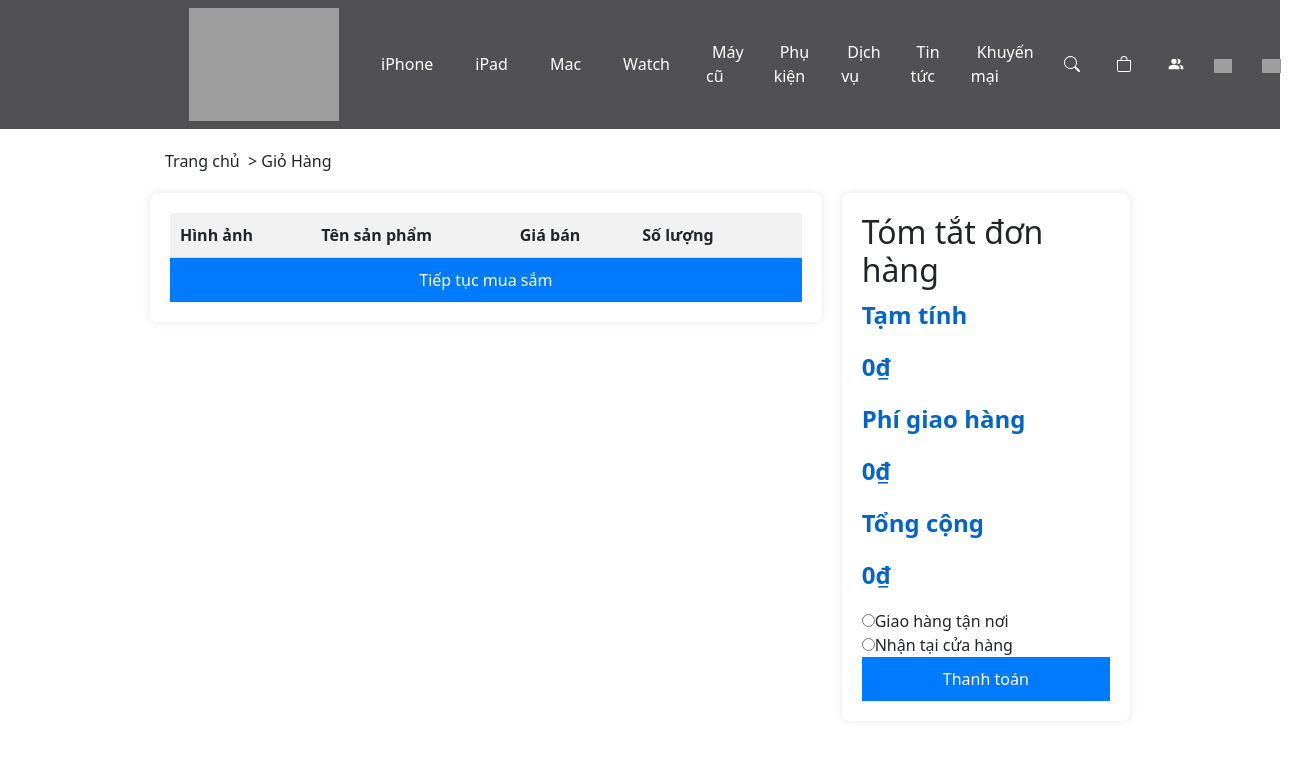
Repository: 20092004nam2k4/FE-ShopDunk
Page: /cart
These files come from the project's save history. The page is drawn as it stood at one moment and after the next save; the edit follows.
The browser window is 1280 px wide. The page is 1296 px wide, so the pictures cover 1296 px, including what lies to the right of the window. The pictures show the whole page.
Pictures or frames that could not be fetched are drawn as grey boxes. The page's requests for data from a server got no answer. The project was rebuilt for these pictures with package versions that can differ from the ones it lists, and the page was loaded fresh each time. No one was signed in, and anything a server would have sent is missing. Also part of the build but not shown: src/component/common/SlideImage.css, src/component/common/SlideImage.js, src/component/product/ProductCart.css, src/component/product/ProductList.css, src/component/product/ProductList.js, src/component/product/ProductDetail.js, src/component/user/LoginUser.js, src/component/user/UserProfile.js and 3 more.

Above is the page before, as saved 2024-06-10 14:10:12.

### src/context/AuthContext.js
import React, { createContext, useState, useEffect } from "react";

export const AuthContext = createContext();

export const AuthProvider = ({ children }) => {
  const [isLoggedIn, setIsLoggedIn] = useState(false);
  const [user, setUser] = useState(null);

  useEffect(() => {
    const storedUser = localStorage.getItem("user");
    if (storedUser) {
      setIsLoggedIn(true);
      setUser(JSON.parse(storedUser));
    }
  }, []);

  const login = (userData) => {
    setIsLoggedIn(true);
    setUser(userData);
    localStorage.setItem("user", JSON.stringify(userData));
  };

  const logout = () => {
    setIsLoggedIn(false);
    setUser(null);
    localStorage.removeItem("user");
  };

  return (
    <AuthContext.Provider value={{ isLoggedIn, user, login, logout }}>
      {children}
    </AuthContext.Provider>
  );
};

### src/component/common/Navbar.css
.navbar {
  background-color: #515154;
  padding: 10px;

}

.navbar-links {
  list-style: none;
  display: flex;
  justify-content: center;
  margin: 0;
  padding: 0;
  padding-left: 168px;
  align-items: center;
}

.navbar-links li {
  margin: 0 15px;
}

.navbar-links a {
  color: white;
  text-decoration: none;
  padding: 10px 6px 25px;
  transition: background-color 0.3s;

}

/* .navbar-links a:hover {
  background-color: #575757;
} */
.imageIcon{
  width: 150px;
}
.icon-bag{
  color: white;
  height: 38px;

}
.icon-people{
  color: white;
  height: 38px;

}
.icon-search{
color: white;
height: 38px;
}
.imageIconVN{
  height: 14px;

}
.navbar-links li a {
color: #fff;
text-decoration: none;
transition: color 0.3s ease; }

.navbar-links li a:hover {
color: #fff;
}

### src/component/cart/CartPage.css
/* General styles for the cart page */
.tong {
    display: flex;
    justify-content: center;
    align-items: flex-start;
    padding: 50px;
    gap: 20px; /* Add gap between left and right sections */
    margin: 0 100px; /* Adjust left and right margins to 100px */
    max-width: 1400px; /* Set a maximum width for the container */
}

.left {
    width: 70%; /* Increase width to 70% */
    background-color: #fff; /* Add background color for clarity */
    padding: 20px; /* Add padding for spacing */
    box-shadow: 0 0 10px rgba(0, 0, 0, 0.1); /* Add box shadow for aesthetics */
    border-radius: 8px; /* Add border radius for rounded corners */
}

.right {
    width: 30%; /* Adjust width to 30% */
    background-color: #fff; /* Add background color for clarity */
    padding: 20px; /* Add padding for spacing */
    box-shadow: 0 0 10px rgba(0, 0, 0, 0.1); /* Add box shadow for aesthetics */
    border-radius: 8px; /* Add border radius for rounded corners */
}

.table-wrapper {
    overflow-x: auto;
    margin-bottom: 20px;
}

.cart {
    width: 100%;
    border-collapse: collapse;
}

.cart th,
.cart td {
    padding: 10px;
    text-align: left;
    border-bottom: 1px solid #ddd;
}

.cart th {
    background-color: #f1f1f1;
}

.cart img {
    max-width: 80px;
    height: auto;
}

.product-name {
    font-weight: bold;
    color: #333;
    text-decoration: none;
}

.product-name:hover {
    text-decoration: underline;
}

.attributes {
    font-size: 14px;
    color: #555;
}

.edit-item a {
    font-size: 14px;
    color: #0066cc;
}

.unit-price,
.subtotal {
    font-weight: bold;
    color: #333;
}

.qty-input {
    width: 40px;
    text-align: center;
    border: 1px solid #ddd;
    padding: 5px;
    margin: 0 5px;
}

.remove-btn {
    background: none;
    border: none;
    color: red;
    cursor: pointer;
}

.cart-options {
    margin-top: 20px;
}

.button {
    padding-top: 10px;
    display: inline-flex;
    float: right;
}

.common-buttons .button-2 {
    background-color: #5f5c5c;
    color: white;
    border: none;
    padding: 10px 20px;
    cursor: pointer;
    margin-right: 10px;
    border-radius: 5px;
}

.common-buttons .button-2:hover {
    background-color: #005bb5;
}

.footerMain {
    padding: 40px 0;
}

.footerMain .text-uppercase {
    text-transform: uppercase;
}

.footerMain .fw-bold {
    font-weight: bold;
}

.footerMain p {
    margin: 0;
    padding: 5px 0;
}

.footerMain a {
    color: #ffffff;
    text-decoration: none;
}

.footerMain a:hover {
    text-decoration: underline;
}

/* Styles for deals section */
.deals {
    margin-bottom: 20px;
}

/* Styles for coupon box */
.coupon-box {
    border: 1px solid #ccc;
    padding: 15px;
    background-color: #f9f9f9;
    width: 100%; /* Adjust width to 100% */
    box-sizing: border-box; /* Ensure padding is included in width */
    border-radius: 8px; /* Add border radius for rounded corners */
    box-shadow: 0 2px 4px rgba(0, 0, 0, 0.1); /* Add subtle shadow */
    margin-bottom: 20px; /* Add space below the coupon box */
}

.title {
    font-weight: bold;
    font-size: 18px;
    color: #333;
    margin-bottom: 10px; /* Add space below the title */
}

.hint {
    margin-top: 5px;
    color: #666;
    font-size: 14px;
}

/* Styles for coupon code input */
.coupon-code input {
    width: calc(100% - 20px); /* Adjust width to fit within the coupon box */
    margin-top: 10px;
    padding: 10px;
    border: 1px solid #ccc;
    border-radius: 4px; /* Add border radius */
    box-sizing: border-box; /* Ensure padding is included in width */
}

/* Styles for apply button */
.apply-discount-coupon-code-button {
    margin-top: 10px;
    padding: 10px;
    background-color: #0066CC;
    color: #fff;
    border: none;
    border-radius: 4px; /* Add border radius */
    cursor: pointer;
    width: 100%; /* Make button full-width */
}

.apply-discount-coupon-code-button:hover {
    background-color: #005bb5; /* Darken button color on hover */
}

/* Styles for totals section */
.totals {
    border-top: 1px solid #ccc;
    padding-top: 20px;
    margin-top: 20px;
}

/* Styles for total info */
.total-info {
    margin-bottom: 20px;
}

/* Styles for left side of total row */
.cart-total-left {
    padding-right: 10px;
    font-weight: bold;
}

/* Styles for total value */
.value-summary {
    font-weight: bold;
}

/* Styles for checkout buttons */
.checkout-buttons {
    margin-top: 20px;
}

/* Styles for checkout button */
.checkout-button {
    padding: 10px 20px;
    background-color: #0066CC;
    color: #fff;
    border: none;
    border-radius: 4px; /* Add border radius */
    cursor: pointer;
    width: 100%; /* Make button full-width */
    text-align: center; /* Center text */
}

.checkout-button:hover {
    background-color: #005bb5; /* Darken button color on hover */
}

/* Styles for note */
.note-ck {
    margin-top: 10px;
    font-size: 12px;
    color: red;
}
.remove-button {
    background: none;
    border: none;
    cursor: pointer;
    color: rgb(98, 97, 97); /* Customize as needed */
    font-size: 1.2em; /* Customize size as needed */
  }
  .tittle-header{
    margin-top: 20px;
    margin-left: 150px;

    margin-right: 200px;
    margin-bottom: -30px;
    padding-left: 15px;
  }
  .enter-address {
    padding: 20px;
}
.edit-address {
    margin-top: 20px;
}
.edit-address input[type="text"],
.edit-address select {
    width: 100%;
    padding: 10px;
    margin-bottom: 10px;
    border: 1px solid #ccc;
    border-radius: 5px;
}
.edit-address label {
    display: block;
    margin-bottom: 5px;
    font-weight: bold;
}
.edit-address input[type="radio"],
.edit-address label {
    margin-right: 10px;
}
.edit-address span {
    display: block;
    margin-top: 5px;
    font-style: italic;
}
.bg-white {
    background-color: #fff;
}
.left {
    width: 70%; /* Increase width to 70% */
    background-color: #fff; /* Add background color for clarity */
    padding: 20px; /* Add padding for spacing */
    box-shadow: 0 0 10px rgba(0, 0, 0, 0.1); /* Add box shadow for aesthetics */
    border-radius: 8px; /* Add border radius for rounded corners */
  }

  .tong-bot {
    display: flex;
    align-items: flex-start;
    padding: 50px;
    gap: 20px; /* Add gap between left and right sections */
    margin: 0 100px; /* Adjust left and right margins to 100px */
    max-width: 1370px; /* Set a maximum width for the container */
  }

  .enter-address {
    display: flex;
    flex-direction: column;
  }

  .enter-address input,
  .enter-address select {
    width: 100%;
    margin-bottom: 15px;
    padding: 10px;
    border: 1px solid #ccc;
    border-radius: 8px;
  }

  .half-inputs {
    display: flex;
    gap: 15px;
  }

  .edit-address .delivery-method {
    display: flex;
    gap: 15px;
  }

  .edit-address input[type="checkbox"] {
    transform: scale(0.8);
    border-radius: 50%; /* Make the checkboxes round */
    width: 16px; /* Adjust the width */
    height: 16px; /* Adjust the height */
  }
  .edit-address input[type="radio"] {
    transform: scale(0.8);
    border-radius: 50%; /* Make the checkboxes round */
    width: 16px; /* Adjust the width */
    height: 16px; /* Adjust the height */
  }

  .edit-address .delivery-method input[type="checkbox"] {
    vertical-align: middle; /* Align checkboxes vertically */
  }
  .edit-address .delivery-method input[type="radio"] {
    vertical-align: middle; /* Align checkboxes vertically */
  }

  .edit-address .delivery-method label {
    vertical-align: middle; /* Align labels vertically */
    margin-left: 5px; /* Add space between checkbox and label */
  }
  .tittle-header{
    margin-left: 150px;
  }

  .thanhtoan{
    padding-left: 150px;
  }

### src/component/product/ProductDetail.css
.product-detail {
    display: flex;
    padding: 20px;
  }

  .product-detail img {
    max-width: 100%;
    height: 510px;
    margin-right: 20px;
    margin-top: 30px;
    margin-left: 220px;
    padding-bottom: 90px;
  }

  .product-detail-info {
    display: flex;
    flex-direction: column;
    justify-content: flex-start;
    margin-top: 60px;
    margin-left: 100px;
  }

  .product-detail h1 {
    font-size: 2em;
    margin-bottom: 20px;
  }

  .product-detail p {
    font-size: 1.2em;
  }



@media (max-width: 768px) {
    .product-detail {
      flex-direction: column;
      align-items: center;
    }

    .product-image-container {
      width: 100%; /* Kích thước bao ngoài ảnh sẽ chiếm toàn bộ chiều rộng của .product-detail */
      max-width: 300px; /* Giới hạn kích thước tối đa của bao ngoài ảnh */
      height: auto; /* Chiều cao sẽ tự động điều chỉnh để không bị méo */
      margin-bottom: 20px;
    }
  }
  .star-rating-divider {
    border-bottom: 1px solid rgba(0, 0, 0, 0.1); /* Màu xám */
    margin-bottom: 30px; /* Khoảng cách giữa đường thẳng và phần tiêu đề */
    margin-top: 15px;
  }
  .price{
    color: #0066CC;
    font-size: 24px;
    font-weight: bold;
  }
  .product-detail-info {
    display: flex;
    flex-direction: column;
  }

  .product-price-container {
    display: flex;
    justify-content: space-between;
    align-items: center;
  }
  .old-price{
    font-size: 18px;
    font-weight: 400;
    line-height: 28px;
    padding-left: 20px;
    text-decoration: line-through;
  }
  .old-price-number {
    color: #555; /* hoặc bất kỳ màu đen nhạt nào bạn muốn sử dụng */
  }
  .giamgia{
    margin-left: -80px;
    color: #555;
  }
  .storage-options {
    display: flex;

  }

  .storage-option {

    border: 1px solid #ccc; /* Màu và độ dày của viền */
    border-radius: 4px; /* Bo tròn 4 góc */
    padding: 5px 10px; /* Để tạo khoảng cách giữa viền và nội dung */
    margin-right: 10px; /* Khoảng cách giữa các tùy chọn */
  }
  .description{
    margin-top: 17px;

  }
  .text-description{
    color: rgb(255, 123, 0);
  }
  .add-to-cart-btn {
    background-color: #007bff; /* Màu xanh dương */
    color: white; /* Màu chữ trắng */
    padding: 10px 20px; /* Kích thước nút */
    border: none; /* Loại bỏ viền */
    border-radius: 4px; /* Bo tròn 4 góc */
    cursor: pointer; /* Hiển thị con trỏ khi di chuột vào nút */
    height: 58px;
    width: 412px;
    margin-top: 40px;
  }

  .add-to-cart-btn:hover {
    background-color: #0056b3; /* Màu xanh dương tối khi di chuột vào */
  }
  .product-image-container {
    position: relative;
  }

  .back-to-home-link {
    position: absolute;
    bottom: 0px;
    left: 43%;
    transform: translateX(-50%);
    color: #2268b4;
    text-decoration: none;
    font-size: 19px;

  }
  .back-home{
    text-decoration: underline;
  }
  .product-price-detail {
    color: #0066cc;
    text-decoration: none;
  }
  .quantity{
    margin-top: 20px;
  }

### src/component/user/Login.css
body {
    font-family: sans-serif;
    /* display: flex; */
    justify-content: center;
    align-items: center;
    min-height: 100vh;
    background-color: #f5f5f5;
  }
  .userName-login{
    margin-top: 25px;
  }



  .left-side {
    width: 50%;
    display: flex;
    justify-content: center;
    align-items: center;
    margin-top: 90px;
  }

  .right-side {
    width: 50%;
    padding: 20px;
    margin-top: 90px;
  }

  .left-side img {
    width: 100%;
    max-width: 600px;
    height: 350px;
  }

  h2 {
    margin-bottom: 20px;
  }

  input[type="text"],
  input[type="password"] {
    width: 100%;
    padding: 10px;
    margin-bottom: 15px;
    border: 1px solid #ddd;
    border-radius: 10px;
    box-sizing: border-box;
  }

  input[type="checkbox"] {
    margin-right: 5px;
  }

  button {
    background-color: #007bff;
    color: #fff;
    padding: 10px 20px;
    border: none;
    border-radius: 3px;
    cursor: pointer;
    width: 100%;
  }

  .link {
    display: block;
    text-align: center;
    margin-top: 15px;
    color: #007bff;
    text-decoration: none;
  }

  .footerMain{
margin-top: 200px;
  }
  .textFooter{
    padding-left: 200px !important;
  }
  .textToRegister{
    margin-top: 15px;
  }

### src/component/user/UserProfile.css
    /* Reset CSS */
    * {
        box-sizing: border-box;
        margin: 0;
        padding: 0;
    }

    body {
        font-family: Arial, Helvetica, sans-serif;
        background-color: #f5f5f7; /* Updated background color */
    }

    .page-container {
        padding: 20px;
        background-color: #f5f5f7; /* Background color for the page */
    }

    .container {
        display: flex;
        justify-content: space-between;
        margin: 30px auto;
        width: 80%;
        /* gap: 30px;  */
    }

    .navigation {
        width: 25%;
        background-color: #fff;
        padding: 20px;
        border-radius: 10px;
        border: 1px solid #ddd; /* Border for left div */
        box-shadow: 0 0 10px rgba(0, 0, 0, 0.1); /* Optional: for a subtle shadow effect */
        margin-left: 50px;
    }

    .navigation ul {
        padding-left: 0; /* Reset padding */
        list-style: none; /* Remove bullet points */
    }

    .navigation li {
        padding: 10px 0;
        border-bottom: 1px solid #ddd;
    }

    .navigation li:last-child {
        border-bottom: none;
    }

    .navigation li a {
        color: #333;
        text-decoration: none;
        display: flex;
        align-items: center;
    }

    .navigation li a i {
        margin-right: 10px;
        font-size: 1.2em;
    }

    .form {
        width: calc(70% - 100px); /* Reduced width by 100px */
        background-color: #fff;
        padding: 20px;
        border-radius: 10px;
        border: 1px solid #ddd; /* Border for right div */
        box-shadow: 0 0 10px rgba(0, 0, 0, 0.1); /* Optional: for a subtle shadow effect */
        display: flex;
        flex-direction: column;
        height: calc(100% + 70px); /* Increased height by 70px */
        margin-right: 90px;
    }

    .form-row {
        display: flex;
        justify-content: space-between;
        align-items: center;
        margin-bottom: 15px;
    }

    .form-row label {
        flex: 1;
    }

    .form-row input,
    .form-row select {
        flex: 2;
        padding: 10px;
        border: 1px solid #ddd;
        border-radius: 5px;
    }

    .form-row .input-group {
        display: flex;
        flex-direction: column;
        margin-bottom: 15px;
    }

    .form-row .input-group input {
        margin-top: 10px;
    }

    .input-email {
        padding-left: 20px;
    }

    .input-gender {
        display: flex;
        align-items: center;
        padding-left: 20px;
    }

    .input-gender > div {
        display: flex;
        align-items: center;
        margin-right: 20px;
    }

    .input-gender label {
        margin-left: 5px;
        margin-right: 15px; /* Adjust spacing between the labels and inputs */
    }

    .form-row.birthday-row {
        display: flex;
        justify-content: space-between;
        align-items: center;
        margin-bottom: 15px;
    }

    .form-row.birthday-row label {
        flex: 1;
    }

    .form-row.birthday-row select {
        flex: 1;
        padding: 10px;
        border: 1px solid #ddd;
        border-radius: 5px;
    }

    .form button {
        background-color: #0066cc;
        color: white;
        padding: 10px 20px;
        border: none;
        border-radius: 5px;
        cursor: pointer;
        width: 124px;
        height: 43px;
        margin: 0 auto; /* Add this line to center the button */
        margin-top: 10px;
    }

    .newsletter {
        text-align: center;
        margin-top: 50px;
    }

    .footerMain {
        text-align: center;
        background-color: #333;
        color: #fff;
        padding: 10px 0;
    }

    .newsletter .input-group {
        width: auto;
        display: inline-flex;
        border-radius: 20px;
        margin-top: 20px;
    }

    .newsletter .input-group .form-control {
        width: 500px;
        height: 50px;
        border-radius: 20px;
    }

    .newsletter .input-group .btn {
        width: 100px;
        background-color: #0066cc;
        color: white;
        border: none;
        border-radius: 20px;
        height: 50px;

    }

    .text-email {
        margin-top: 21px;
    }
    .radio-male{
        margin-left: -48px;

    }
    .text-user{
        margin-right: 580px;
        padding-top: 17px;
    }
    .text-male{
        padding-top: 9px;
    margin-right: 234px;
    }
    .text-female{
        padding-top: 8px;
    }
    .email-info{
        padding-top: 10px;
    }
    .email-text{
        margin-bottom: 24px;
    }

Loaded but not shown: public/index.html (common file); src/index.js (common file); src/component/cart/CartPage.js (219 lines, source omitted); src/component/common/Navbar.js (132 lines, source omitted); src/App.js (47 lines, source omitted)

After the next save:
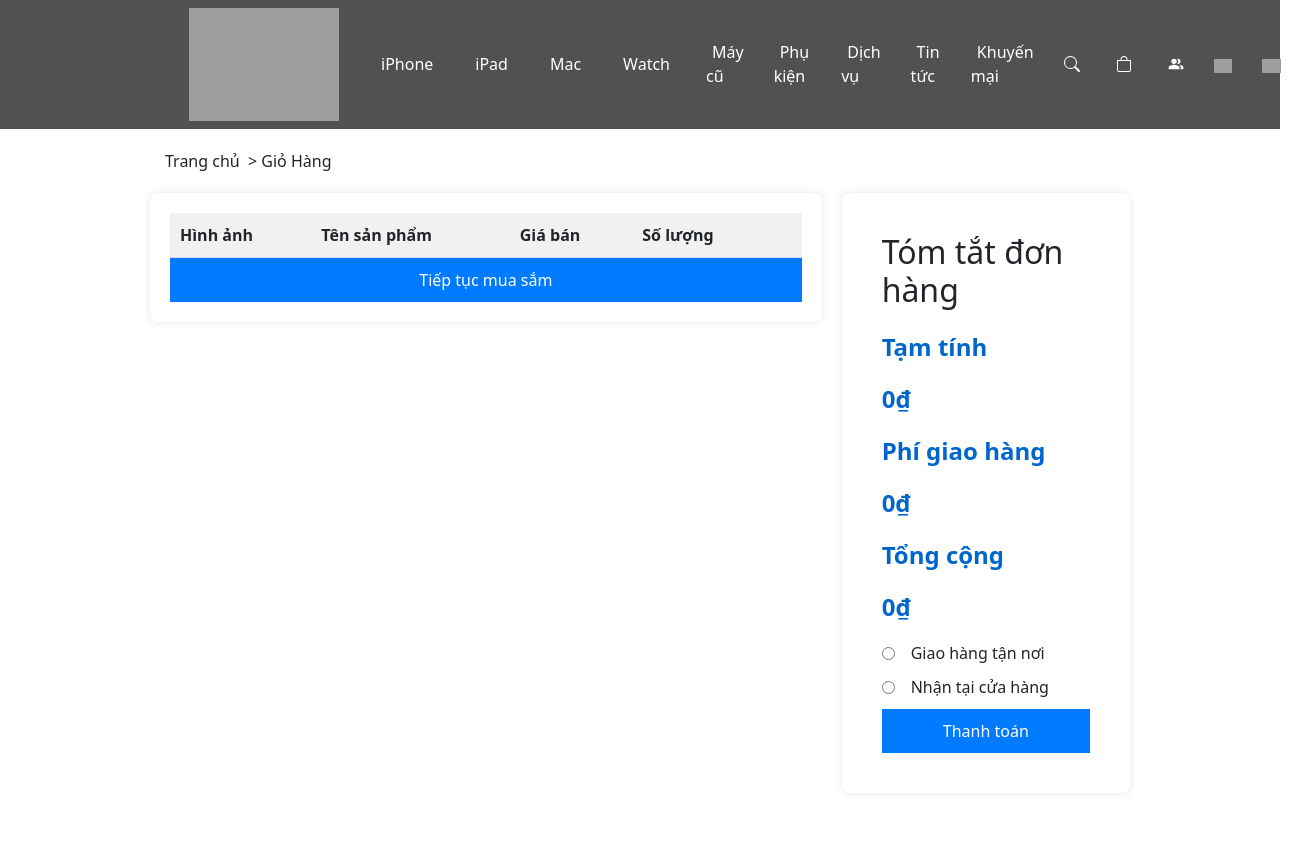
Saved 28 s later.
--- a/src/component/cart/CartPage.css
+++ b/src/component/cart/CartPage.css
@@ -366,3 +366,25 @@
   .thanhtoan{
     padding-left: 150px;
   }
+  .cart-page .summary .group label {
+    display: flex;
+    align-items: center;
+    margin-bottom: 10px; /* Adjust as needed */
+  }
+
+  .cart-page .summary .group label input.styled-radio {
+    margin-right: 8px; /* Adjust as needed */
+  }
+
+  /* Additional styles to ensure the page looks good */
+  .cart-page .summary .group .text {
+    margin-left: 8px; /* Adjust as needed */
+  }
+
+  .cart-page .summary {
+    padding: 20px; /* Add padding to summary box if needed */
+  }
+
+  .cart-page .summary h2.order-summary {
+    margin-bottom: 20px; /* Add margin below summary title */
+  }

After the save that followed:
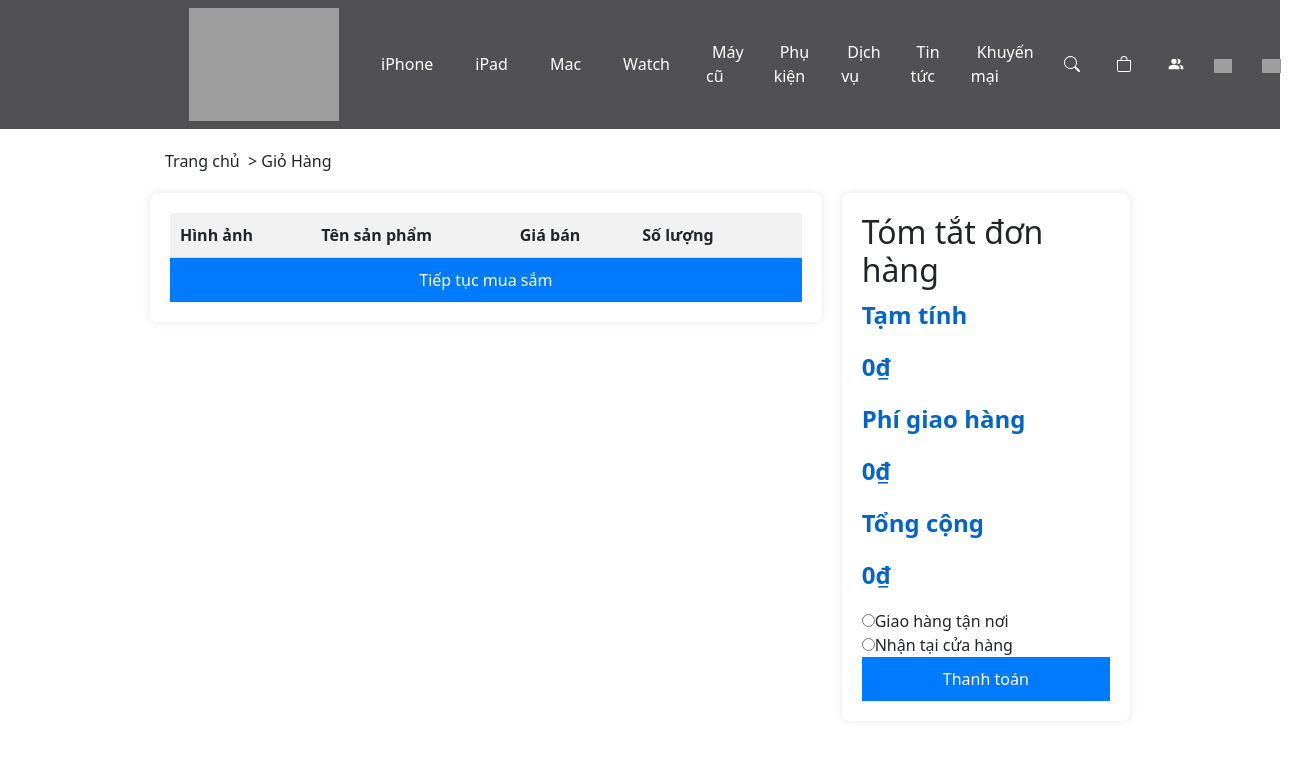
Saved 14 s later.
--- a/src/component/cart/CartPage.css
+++ b/src/component/cart/CartPage.css
@@ -366,25 +366,3 @@
   .thanhtoan{
     padding-left: 150px;
   }
-  .cart-page .summary .group label {
-    display: flex;
-    align-items: center;
-    margin-bottom: 10px; /* Adjust as needed */
-  }
-
-  .cart-page .summary .group label input.styled-radio {
-    margin-right: 8px; /* Adjust as needed */
-  }
-
-  /* Additional styles to ensure the page looks good */
-  .cart-page .summary .group .text {
-    margin-left: 8px; /* Adjust as needed */
-  }
-
-  .cart-page .summary {
-    padding: 20px; /* Add padding to summary box if needed */
-  }
-
-  .cart-page .summary h2.order-summary {
-    margin-bottom: 20px; /* Add margin below summary title */
-  }
